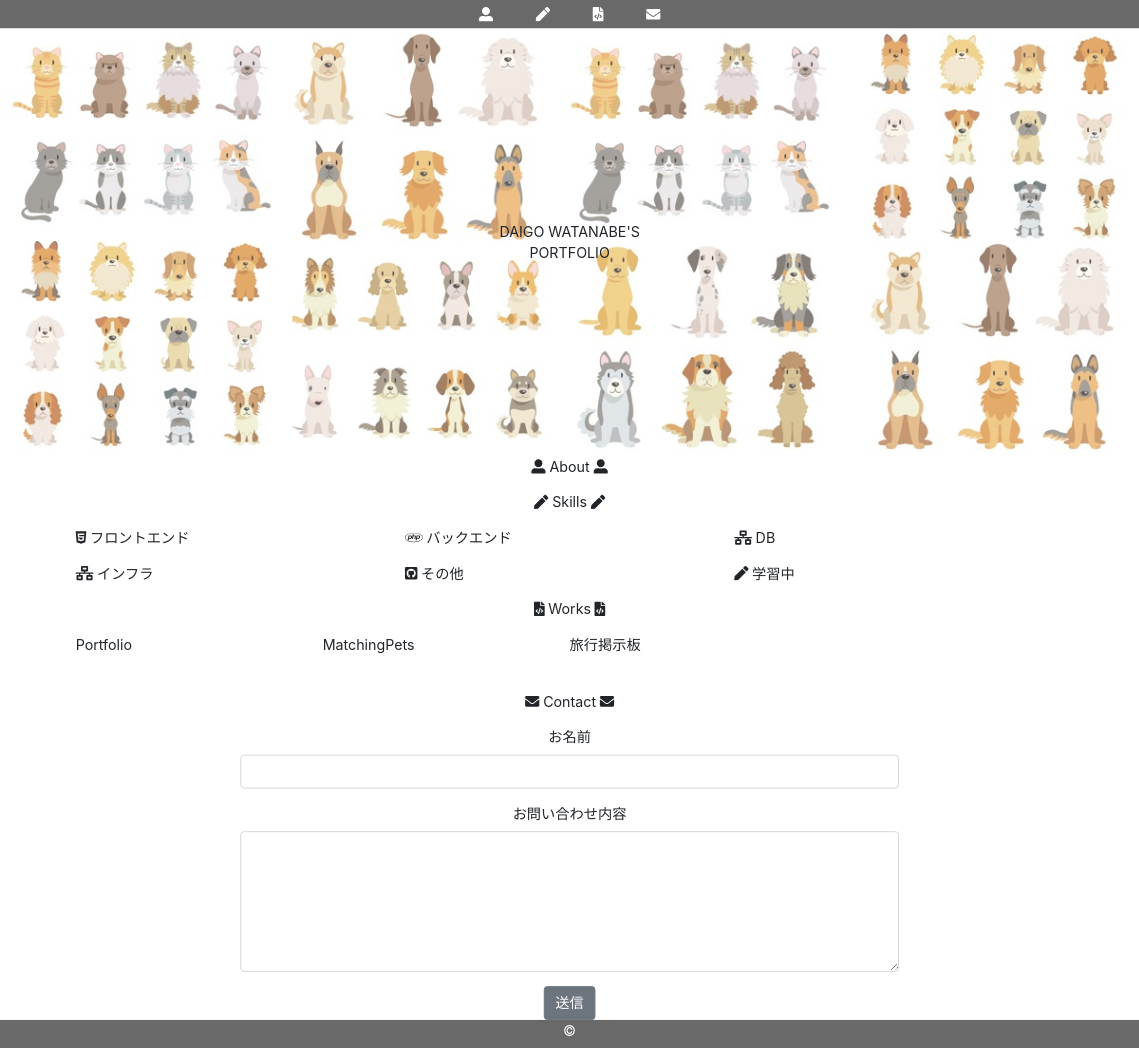
Repository: watanabedaigo/Portfolio
Page: index.html
The author's editor kept a record of every edit. The page is drawn from the files as they stood at one moment, then again after the next edit.
The browser window is 1280 px wide. The pictures show the whole page, at 89% of full size.
Some web libraries are served in a nearby version.

Above is the page before.

After the next edit:
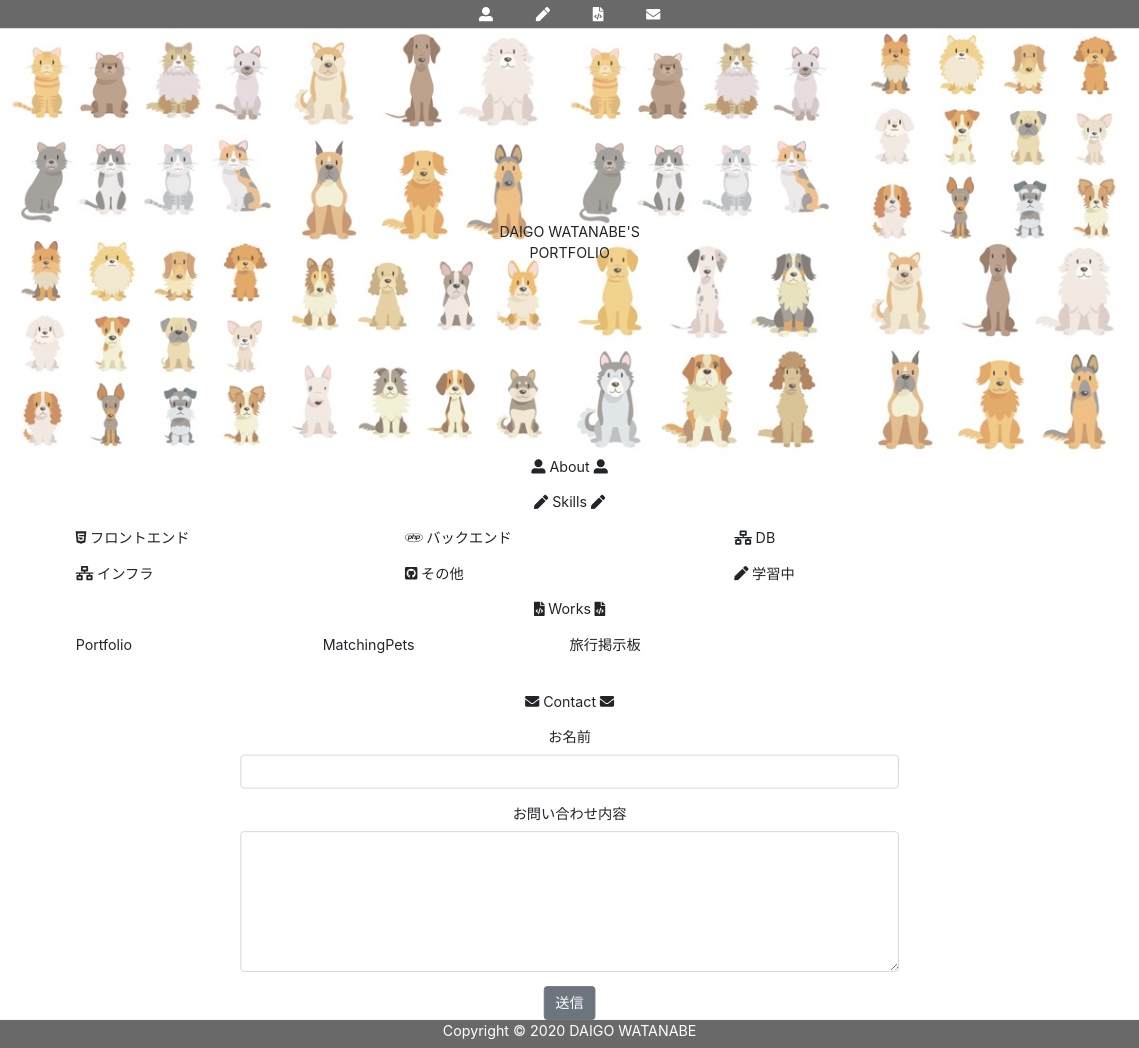
The edit:
--- a/index.html
+++ b/index.html
@@ -153,7 +153,7 @@
         <footer>
             <div class="text-center" style="background-color:dimgray; height:2rem; color:white;">
                 <!--copyright-->
-                <p>&copy;</p>
+                <p>Copyright &copy; 2020 DAIGO WATANABE</p>
             </div>
         </footer>
 
